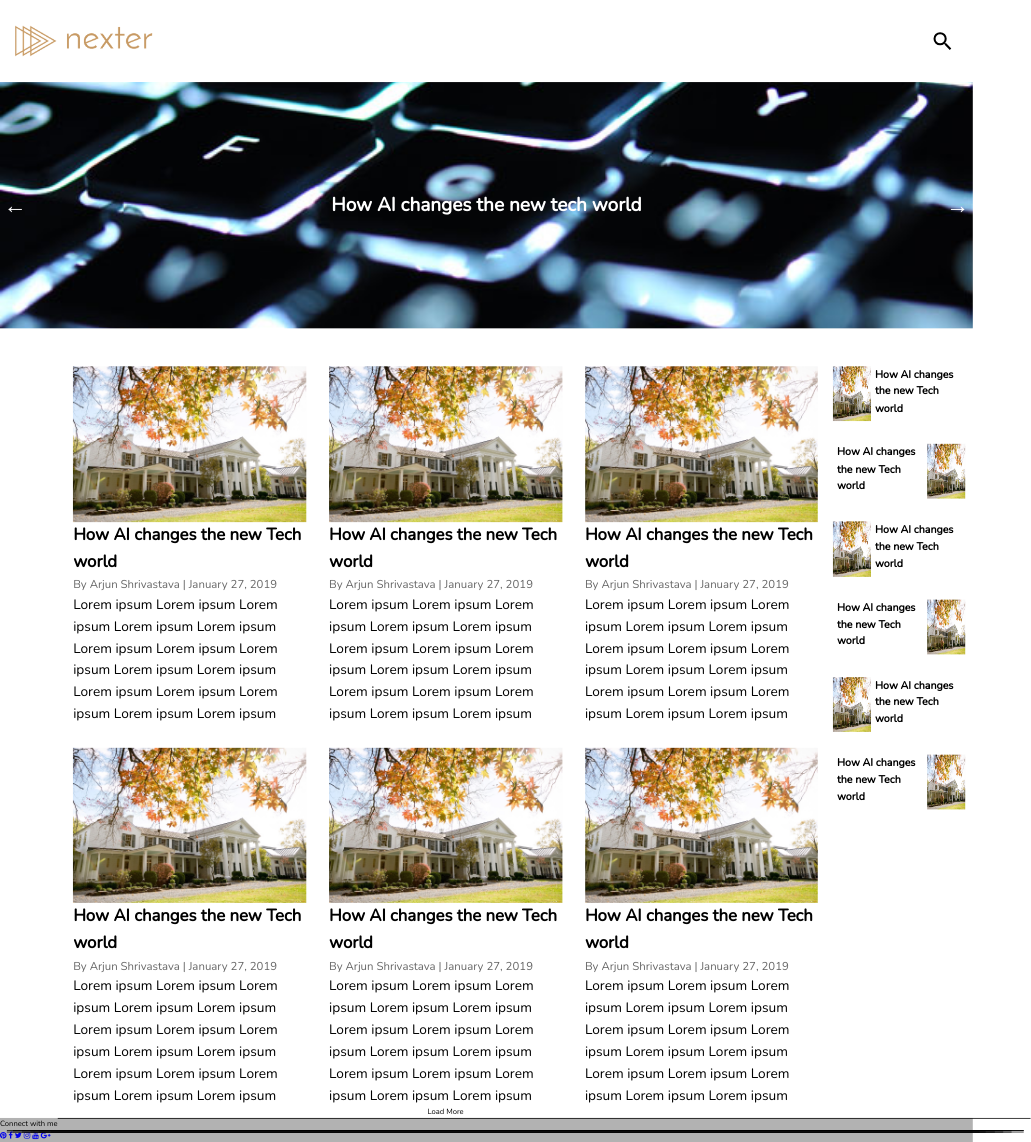
Repository: geekyarjun/myblog
Page: index.html
These files come from the project's save history. The page is drawn as it stood at one moment and after the next save; the edit follows.
The browser window is 1280 px wide. The page is 1356 px wide, then 1280 px, then 1356 px, so the pictures cover 1356 px, including what lies to the right of the window. The pictures show the whole page, at 76% of full size.
Some web libraries are served in a nearby version. The style sheet was rebuilt from its Sass, Less or Tailwind sources for each picture, by a compiler version that may differ from the author's.

Above is the page before, as saved 2019-03-03 18:46:46.

### index.html
<!DOCTYPE html>
<html>
<head>
    <meta charset="utf-8" />
    <meta http-equiv="X-UA-Compatible" content="IE=edge">
    <title>Tech Stack</title>
    <meta name="viewport" content="width=device-width, initial-scale=1">
    <link href="https://fonts.googleapis.com/css?family=Nunito:200,300,400" rel="stylesheet">
    <link rel="stylesheet" href="css/style.css">
    <link href='https://fonts.googleapis.com/css?family=Open+Sans|Oswald:300' rel='stylesheet' type='text/css'>
    <link rel="stylesheet" href="https://maxcdn.bootstrapcdn.com/font-awesome/4.4.0/css/font-awesome.min.css">

    <!-- <link href="https://fonts.googleapis.com/css?family=Nunito:300,400,600" rel="stylesheet"> -->
</head>
<body class="container">
    <header class="header">
        <img src="/img/logo.png" alt="techstack logo" class="header__logo">
        <img src="/img/search.svg" alt="Search icon" class="header__search-logo">
    </header>
    <section class="slider">
        <img src="img/best-tech-sites.jpg" alt="slide post-1" />
        <h2>How AI changes the new tech world</h2>
        <button class="slider--previous" onclick="moveSlides('-')">&larr;</button>
        <button class="slider--next" onclick="moveSlides('+')">&rarr;</button>
    </section>
    <main class="post_container">
        <article>
            <img src="img/gal-1.jpeg" alt="first post" />
            <h2>How AI changes the new Tech world</h2>
            <p class="author">By Arjun Shrivastava | January 27, 2019</p>
            <p class="text">Lorem ipsum Lorem ipsum Lorem ipsum Lorem ipsum Lorem ipsum Lorem ipsum Lorem ipsum Lorem ipsum Lorem ipsum Lorem ipsum Lorem ipsum Lorem ipsum Lorem ipsum Lorem ipsum Lorem ipsum</p>
        </article>
        <article>
            <img src="img/gal-1.jpeg" alt="first post" />
            <h2>How AI changes the new Tech world</h2>
            <p class="author">By Arjun Shrivastava | January 27, 2019</p>
            <p class="text">Lorem ipsum Lorem ipsum Lorem ipsum Lorem ipsum Lorem ipsum Lorem ipsum Lorem ipsum Lorem ipsum Lorem ipsum Lorem ipsum Lorem ipsum Lorem ipsum Lorem ipsum Lorem ipsum Lorem ipsum</p>
        </article>
        <article>
            <img src="img/gal-1.jpeg" alt="first post" />
            <h2>How AI changes the new Tech world</h2>
            <p class="author">By Arjun Shrivastava | January 27, 2019</p>
            <p class="text">Lorem ipsum Lorem ipsum Lorem ipsum Lorem ipsum Lorem ipsum Lorem ipsum Lorem ipsum Lorem ipsum Lorem ipsum Lorem ipsum Lorem ipsum Lorem ipsum Lorem ipsum Lorem ipsum Lorem ipsum</p>
        </article>
        <article>
            <img src="img/gal-1.jpeg" alt="first post" />
            <h2>How AI changes the new Tech world</h2>
            <p class="author">By Arjun Shrivastava | January 27, 2019</p>
            <p class="text">Lorem ipsum Lorem ipsum Lorem ipsum Lorem ipsum Lorem ipsum Lorem ipsum Lorem ipsum Lorem ipsum Lorem ipsum Lorem ipsum Lorem ipsum Lorem ipsum Lorem ipsum Lorem ipsum Lorem ipsum</p>
        </article>
        <article>
            <img src="img/gal-1.jpeg" alt="first post" />
            <h2>How AI changes the new Tech world</h2>
            <p class="author">By Arjun Shrivastava | January 27, 2019</p>
            <p class="text">Lorem ipsum Lorem ipsum Lorem ipsum Lorem ipsum Lorem ipsum Lorem ipsum Lorem ipsum Lorem ipsum Lorem ipsum Lorem ipsum Lorem ipsum Lorem ipsum Lorem ipsum Lorem ipsum Lorem ipsum</p>
        </article>
        <article>
            <img src="img/gal-1.jpeg" alt="first post" />
            <h2>How AI changes the new Tech world</h2>
            <p class="author">By Arjun Shrivastava | January 27, 2019</p>
            <p class="text">Lorem ipsum Lorem ipsum Lorem ipsum Lorem ipsum Lorem ipsum Lorem ipsum Lorem ipsum Lorem ipsum Lorem ipsum Lorem ipsum Lorem ipsum Lorem ipsum Lorem ipsum Lorem ipsum Lorem ipsum</p>
        </article>
    </main>
    <aside class="aside-latest-blog-post">
        <article>
            <img src="img/gal-1.jpeg" alt="first post" />
            <h3>How AI changes the new Tech world</h3>
        </article>
        <article class="aside-latest-blog-post__alternate-post">
            <h3>How AI changes the new Tech world</h3>
            <img src="img/gal-1.jpeg" alt="first post" />
        </article>
        <article>
            <img src="img/gal-1.jpeg" alt="first post" />
            <h3>How AI changes the new Tech world</h3>
        </article>
        <article class="aside-latest-blog-post__alternate-post">
            <h3>How AI changes the new Tech world</h3>
            <img src="img/gal-1.jpeg" alt="first post" />
        </article>
        <article>
            <img src="img/gal-1.jpeg" alt="first post" />
            <h3>How AI changes the new Tech world</h3>
        </article>
        <article class="aside-latest-blog-post__alternate-post">
            <h3>How AI changes the new Tech world</h3>
            <img src="img/gal-1.jpeg" alt="first post" />
        </article>
    </aside>
    <section class="load-more">Load More</section>
    <footer class="footer">
        <section class="footer__wrapper">
            <section class="footer__connect-text">Connect with me</section>
            <section class="footer__social-icon">
                <a href="https://www.pinterest.com/paviliongift/" class="generic-anchor" target="_blank" title="Pinterest" itemprop="significantLink"><i
                        class="fa fa-pinterest"></i></a>
                <a href="https://www.facebook.com/paviliongift" class="generic-anchor" target="_blank" title="Facebook" itemprop="significantLink"><i
                        class="fa fa-facebook"></i></a>
                <a href="https://twitter.com/PavilionGiftCo" class="generic-anchor" target="_blank" title="Twitter" itemprop="significantLink"><i
                        class="fa fa-twitter"></i></a>
                <a href="http://instagram.com/paviliongiftcompany" class="generic-anchor" target="_blank" title="Instagram" itemprop="significantLink"><i
                        class="fa fa-instagram"></i></a>
                <a href="https://www.youtube.com/channel/UCYgUODvd0qXbu_LkUWpTVEg" class="generic-anchor" target="_blank" title="Youtube"
                    itemprop="significantLink"><i class="fa fa-youtube"></i></a>
                <a href="https://plus.google.com/+Paviliongift/posts" class="generic-anchor" target="_blank" title="Google Plus"
                    itemprop="significantLink"><i class="fa fa-google-plus"></i></a>
            </section>
        </section>
    </footer>
    <script src="main.js"></script>
</body>
</html>

### img/search.svg
<svg id="Layer_1" xmlns="http://www.w3.org/2000/svg" viewBox="0 0 24 24" width="24" height="24"><path fill="black" fill-opacity="1" d="M15.009 13.805h-.636l-.22-.219a5.184 5.184 0 0 0 1.256-3.386 5.207 5.207 0 1 0-5.207 5.208 5.183 5.183 0 0 0 3.385-1.255l.221.22v.635l4.004 3.999 1.194-1.195-3.997-4.007zm-4.808 0a3.605 3.605 0 1 1 0-7.21 3.605 3.605 0 0 1 0 7.21z"></path></svg>

### main.js
// let showSlideIndex = 1;

// const showSlides = () => {
//     const slides = document.getElementsByClassName('slider__slide');
//     console.log("showSlides", slides.length);
//     for(let i=0; i<slides.length; i++) {
//         slides[i].style.display = 'none';
//     }
//     console.log("showSlideIndex", showSlideIndex);
//     if(showSlideIndex > slides.length || showSlideIndex <= 0 ) { showSlideIndex=1; }

//     slides[showSlideIndex-1].style.display = 'block';
// }

// showSlides();

// const moveSlides = (direction) => {
//     if (direction === '+') {
//         showSlideIndex++;
//         showSlides();
//     } else {
//         showSlideIndex--;
//         showSlides();
//     }
// }

### sass/main.scss
@import "base.scss";
@import "header.scss";
@import "slider.scss";
@import "postcontainer.scss";
@import "aside.scss";
@import "footer.scss";
@import "loadMore.scss";

### sass/_base.scss
*,
*::before,
*::after {
    margin: 0;
    padding: 0;
}

html {
    box-sizing: border-box;
    font-size: 62.5% // 10px/16px = 62.5(1rem == 10px)
}

body {
    font-weight: 300;
    line-height: 1.6;
    // height: 100vh;
    font-family: 'Nunito', sans-serif;
}

.container {
    display: grid;
    grid-template-rows: 15vh 45vh repeat(3, min-content);
    grid-template-columns: [full-start] minmax(6rem, 1fr) [center-start] repeat(8, [col-start] minmax(min-content, 14rem) [col-end]) [center-end] minmax(6rem, 1fr) [full-end];
}

### sass/_header.scss
.header {
    // background-color: blueviolet;
    padding: 2rem;

    grid-column: full-start / full-end;

    display: grid;
    grid-template-columns: max-content max-content;
    justify-content: space-between;
    align-items: center;

    // & > * {
    //     padding: 0 2rem;
    // }

    &__logo {
        // width: 6rem;
        height: 4rem;
    }

    &__search-logo {
        width: 4rem;
        height: 4rem;
    }
}

### sass/_slider.scss
.slider {
    // background-color: lightcoral;

    grid-column: 1 / -1;
    position: relative;

    display: grid;
    grid-template-columns: repeat(8, minmax(min-content,1fr));
    grid-template-rows: repeat(3, 1fr);

    img {
        grid-column: 1 / -1;
        grid-row: 1 / -1;
        height: 100%;
        width: 100%;
        object-fit: cover;
    }

    h2 {
        color: white;
        text-align: center;
        font-size: 2.5rem;

        grid-row: 2 / span 1;
        grid-column: 2 / span 6;
        justify-self: center;
        align-self: center;
    }

    button {
        // font-size: 5rem;
        // position: absolute;
        color: white;
        background: none;
        border: none;
        line-height: 0;
        cursor: pointer;
        font-size: 3rem;
        padding: 5px;
        transition: all .5s;
        // font-weight: 100;
    }

    // &__slide {
    //     height: 100%;

    //     img {
    //         width: 100%;
    //         height: 100%;
    //         object-fit: cover;
    //         filter: blur(1px);
    //     }

    //     h2 {
    //         // position: absolute;
    //         top: 50%;
    //         left: 50%;
    //         transform: translate(-15rem, -1rem);
    //         color: white;
    //         font-size: 2.5rem;
    //     }
    // }

    // button {
    //     font-size: 5rem;
    //     // position: absolute;
    //     color: white;
    //     background: none;
    //     border: none;
    //     line-height: 0;
    //     cursor: pointer;
    //     // font-weight: 100;
    // }

    button:hover {
        background-color: red;
    }

    &--previous {
        top: 50%;
        left: 0;
        // padding: 2rem 1rem;

        grid-column: 1 / span 1;
        grid-row: 2 / span 1;
        justify-self: start;

    }

    &--next {
        top: 50%;
        right: 0;
        // padding: 2rem 1rem;

        grid-column: 8 / span 1;
        grid-row: 2 / span 1;
        justify-self: end;
    }
}

.fade {
    animation: fade 1s ease-in;
}

@keyframes fade {
    0% {opacity: .4;}
    100% {opacity: 1;}
}

### sass/_postcontainer.scss
.post_container {
    // background-color: gainsboro;
    margin-top: 5rem;

    grid-column: center-start / col-end 7;
    grid-gap: 3rem;

    display: grid;
    grid-template-columns: repeat(auto-fit, minmax(30rem, 1fr));

    article {
        display: grid;
        grid-template-columns: repeat(2, 1fr);

        img {
            width: 100%;
            // height: 100%;
            object-fit: cover;

            grid-column: 1 / -1;
        }

        h2 {
            font-size: 2.2rem;

            grid-column: 1 / -1;
        }

        .author {
            font-size: 1.5rem;
            color: rgba(0,0,0,0.6);

            grid-column: 1 / -1;
        }

        .text {
            font-size: 1.8rem;
            grid-column: 1 / -1;
        }


    }
}

### sass/_aside.scss
.aside-latest-blog-post {
    margin-top: 5rem;
    margin-left: 2rem;
    margin-right: 1rem;

    display: grid;
    grid-row-gap: 3rem;
    grid-auto-rows: max-content;

    grid-column: col-start 8 / full-end;

    article {
        display: grid;
        grid-template-columns: 5rem auto;

        img {
            width: 100%;
            height: 100%;
        }

        h3 {
            font-size: 1.4rem;
            padding: 0rem 0rem .5rem .5rem;
        }

        @media screen and (max-width: 1200px) {
            img {
                grid-column: 1 / -1;
            }

            h3 {
                grid-column: 1 / -1;
            }
        }
    }

    &__alternate-post {
        display: grid !important;
        grid-template-columns: auto 5rem !important;

        @media screen and (max-width: 1200px) {
            h3 {
                grid-row: 2;
            }
        }
    }
}

### sass/_footer.scss
.footer {
    background-color: rgba(0,0,0, .3);

    grid-column: full-start / full-end;

    &__wrapper {

        ::after {
            content: '';
            width: 100%;
            border-top: 1px solid black;
            position: absolute;
        }
    }
}

### sass/_loadMore.scss
.load-more {
    text-align: center;

    grid-column: center-start / col-end 7;
}

After the next save:
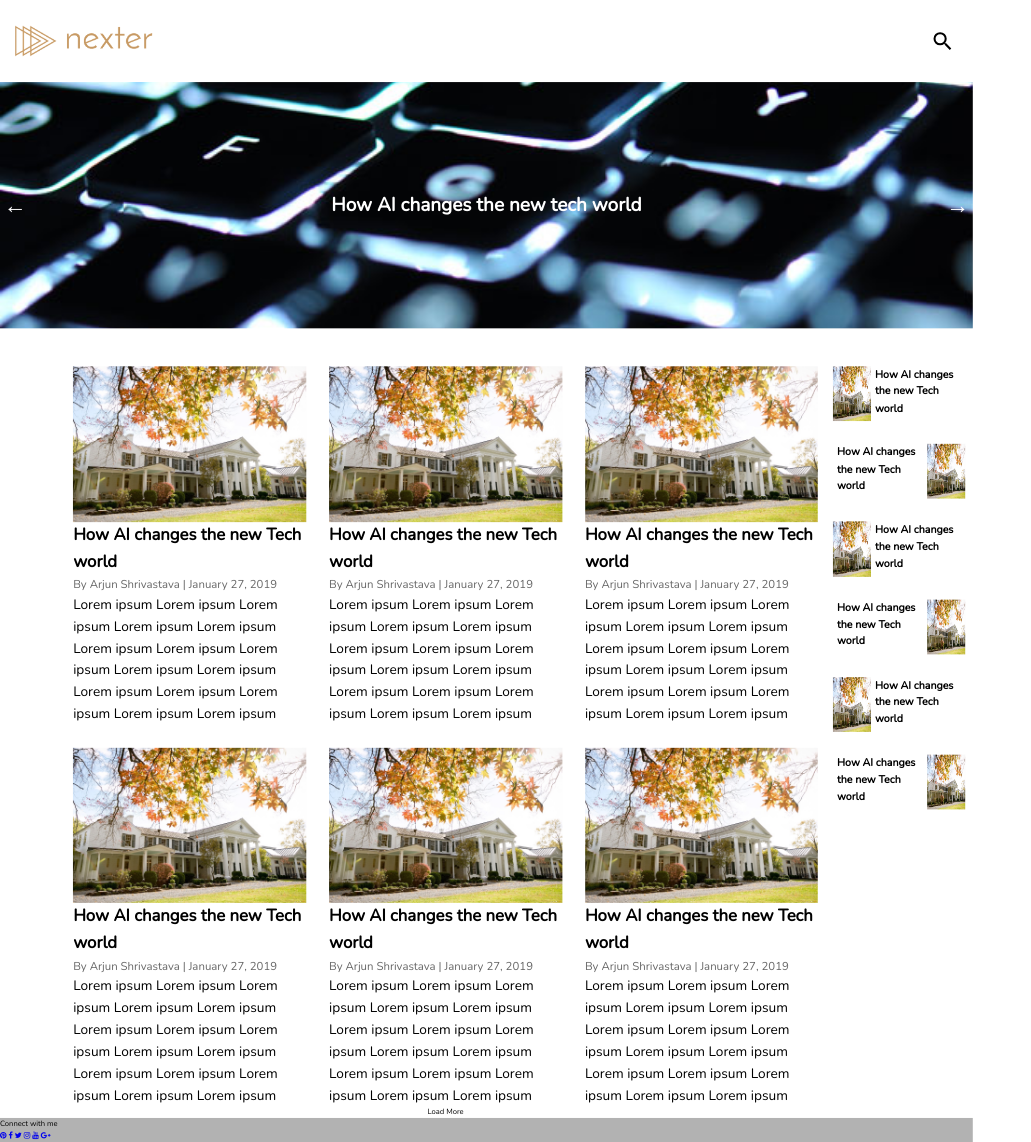
Saved 20 s later.
--- a/sass/_footer.scss
+++ b/sass/_footer.scss
@@ -7,7 +7,6 @@
 
         ::after {
             content: '';
-            width: 100%;
             border-top: 1px solid black;
             position: absolute;
         }

After the save that followed:
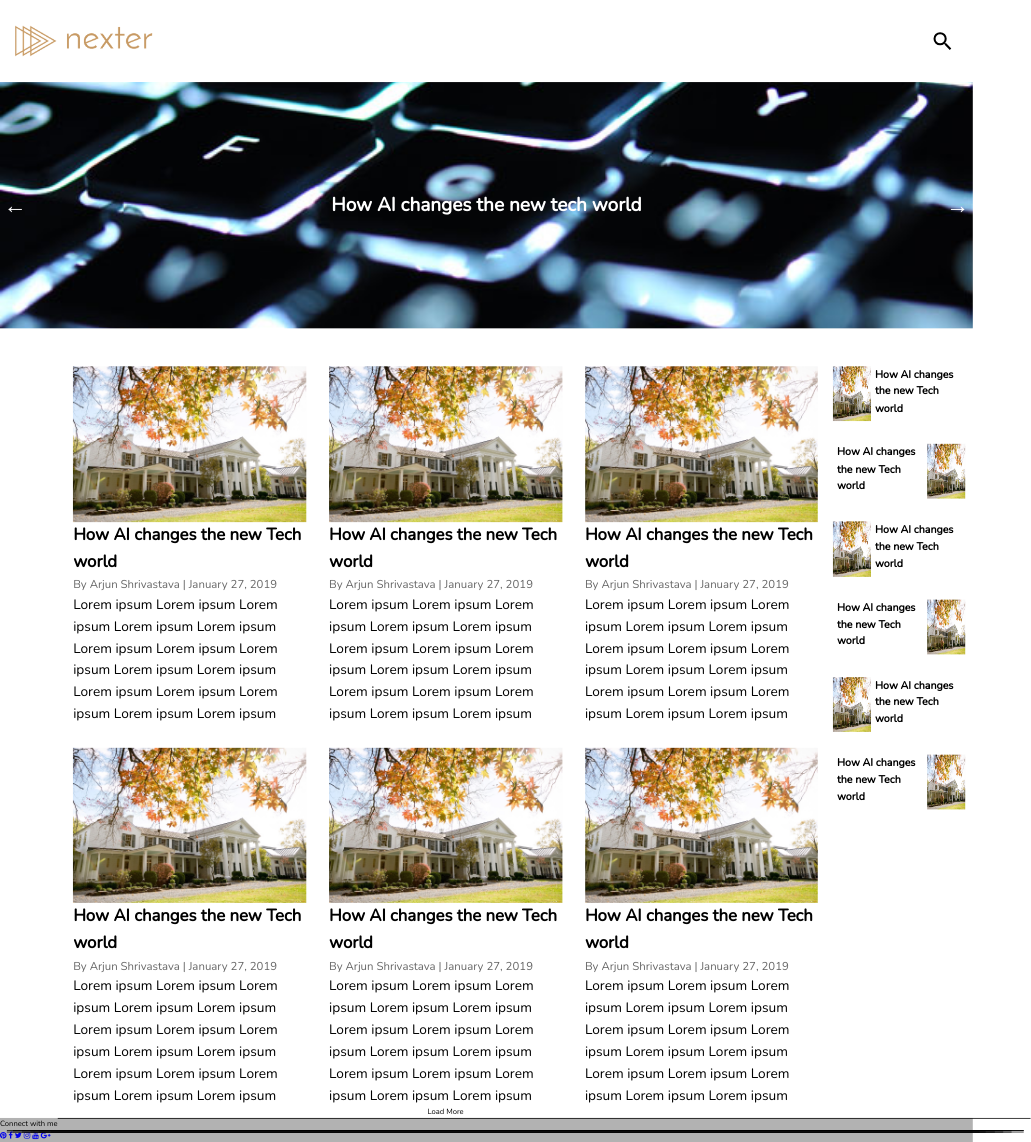
Saved 5 s later.
--- a/sass/_footer.scss
+++ b/sass/_footer.scss
@@ -7,6 +7,7 @@
 
         ::after {
             content: '';
+            width: 100%;
             border-top: 1px solid black;
             position: absolute;
         }
